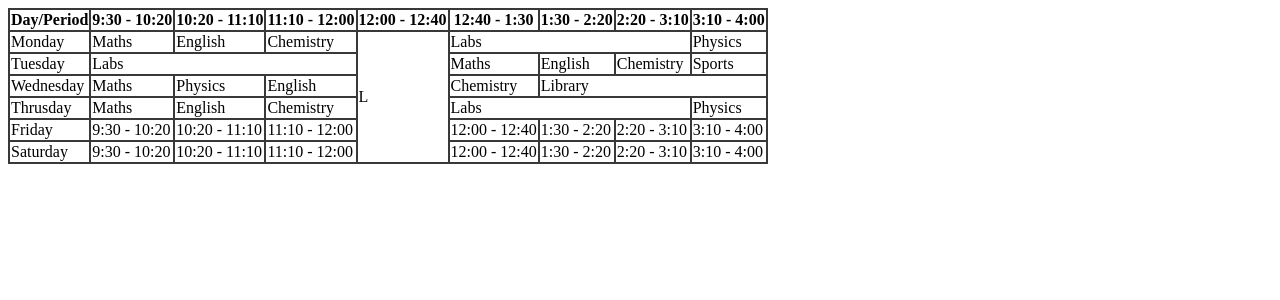
Repository: nir-github01/Html
Page: assign1-table.html
The author's editor kept a copy of each file at every save. The page is drawn from the files as they stood at one save, then again after the next save.
The browser window is 1280 px wide. The pictures show the whole page.

Above is the page before, as saved 2022-09-27 19:55:31.

After the next save:
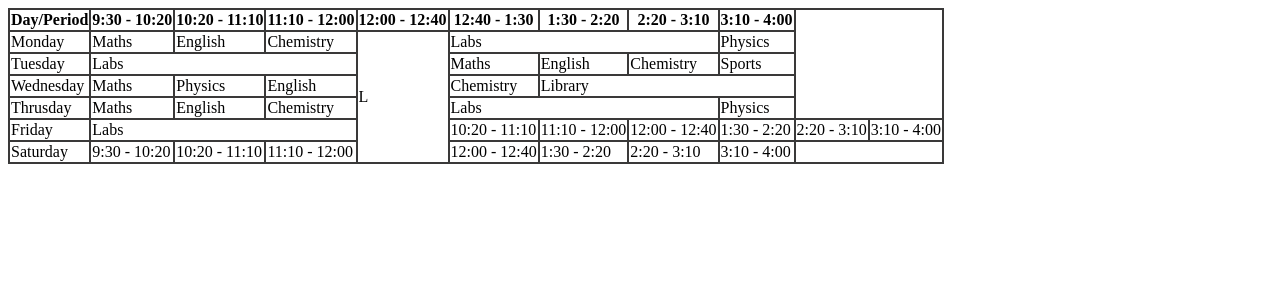
Saved 42 s later.
--- a/assign1-table.html
+++ b/assign1-table.html
@@ -67,7 +67,7 @@
             </tr>
             <tr>
                 <td>Friday</td>
-                <td>9:30 - 10:20</td>
+                <td colspan="4">Labs</td>
                 <td>10:20 - 11:10</td>
                 <td>11:10 - 12:00</td>
                 <td>12:00 - 12:40</td>
